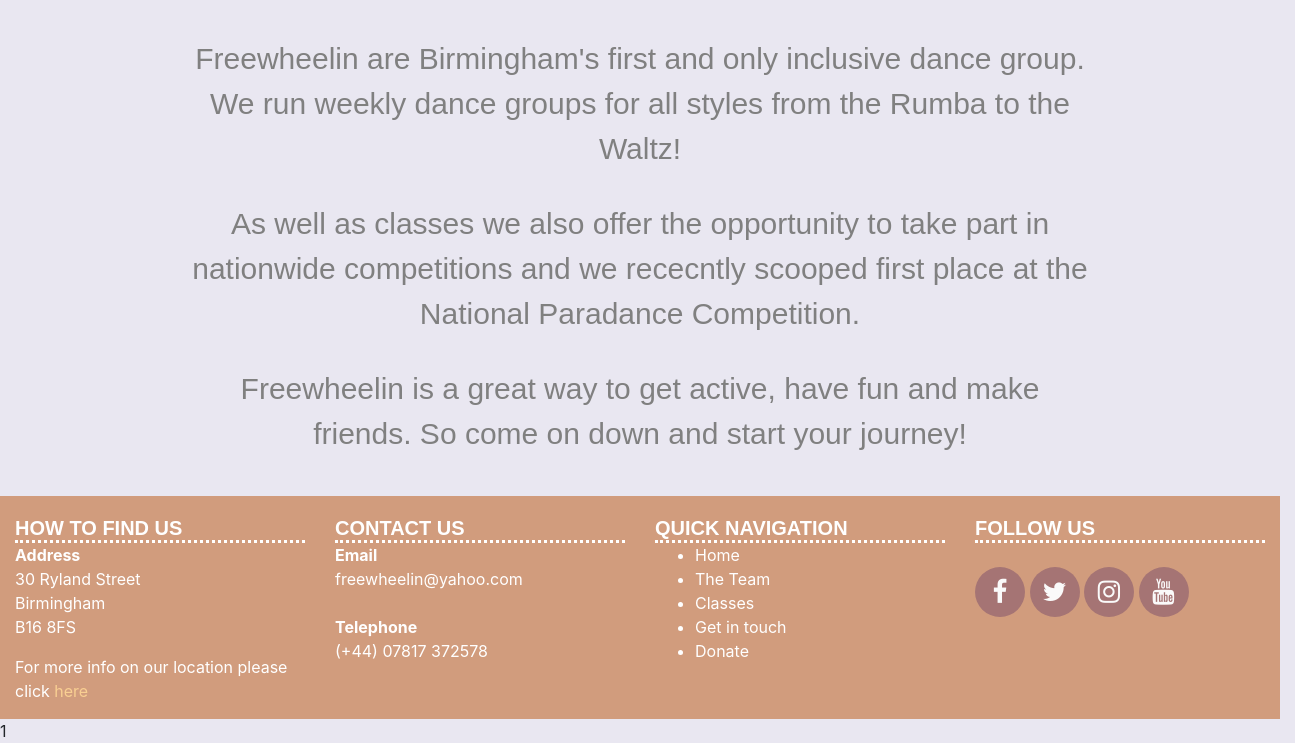
Repository: Code-Institute-Submissions/francisillingworth-resubmitted-milestone-project-1
Page: index.html
The author's editor kept a record of every edit. The page is drawn from the files as they stood at one moment, then again after the next edit.
The browser window is 1280 px wide. The page is 1295 px wide, so the pictures cover 1295 px, including what lies to the right of the window. The pictures show the part of the page from y = 811 to 1554 px (the page is 1554 px tall).

Above is the page before.

### index.html
<!DOCTYPE html>
<html lang="en">

<head>
    <meta charset="UTF-8">
    <meta name="viewport" content="width=device-width, initial-scale=1.0">
    <meta http-equiv="X-UA-Compatible" content="ie=edge">
    <link rel="stylesheet" href="https://stackpath.bootstrapcdn.com/bootstrap/4.3.1/css/bootstrap.min.css" type="text/css" />
    <link rel="stylesheet" href="https://stackpath.bootstrapcdn.com/font-awesome/4.7.0/css/font-awesome.min.css" type="text/css" />
    <link rel="stylesheet" href="https://cdnjs.cloudflare.com/ajax/libs/hover.css/2.3.1/css/hover-min.css" type="text/css" />
    <link rel="stylesheet" href="static/css/style.css" type="text/css" />
    <link rel="icon" type="image/png" href="assets/images/logo.png">
    <title>Freewheelin | Inclusive Dance</title>
</head>

<body>

    <header>
        <div class="container-fluid navalert-container">
            <div class="container-fluid alert-container">
                <div class="row d-none d-lg-block">
                    <div class="site-wide-alert alert alert-warning col-12 "><strong> Want to get involved?</strong> Click <a href="classes.html">here</a> for more info on classes! Want to donate? <button class="btn btn-success btn-sm " data-toggle="modal" data-target="#donateModal">Click Here!</button></div>
                </div>
            </div>
            <nav class="navbar navbar-dark navbar-expand-xl">
                <a href="/" class="navbar-brand"></a>
                <button class="navbar-toggler ml-auto" type="button" data-toggle="collapse" data-target="#navbarNavDropdown" aria-controls="navbarNavDropdown" aria-expanded="false" aria-label="Toggle navigation">
        <span class="navbar-toggler-icon"></span></button>


                <div class="collapse navbar-collapse  ml-auto" id="navbarNavDropdown">
                    <ul class="navbar-nav mr-auto">
                        <li class=" nav-item mr-2"><a class="nav-link" href="index.html">Home</a></li>
                        <li class="nav-item mr-2"><a class="nav-link" href="team.html">The Team</a></li>
                        <li class="nav-item dropdown">
                            <li class="nav-item mr-2"><a class="nav-link" href="classes.html">Classes</a></li>
                            <a class="nav-link dropdown-toggle " href="#" id="navbarDropdownMenuLink" role="button" data-toggle="dropdown" aria-haspopup="true" aria-expanded="false">Get in touch</a>
                            <div class="dropdown-menu" aria-labelledby="navbarDropdownMenuLink">
                                <a class="dropdown-item" href="get-in-touch.html">Contact us</a>
                                <a class="dropdown-item" href="#" data-toggle="modal" data-target="#donateModal">Donate</a>
                            </div>
                        </li>

                    </ul>
                </div>

            </nav>
        </div>

        <img class="logo" src="assets/images/logo.png" alt="Logo">
        <h1>Freewheelin</h1>
        <h2>Inclusive dance</h2>
        <div class="row no-gutters">
            <div class="col-md-8 offset-2">
                <div class="d-none d-lg-block">
                    <div class="row no-gutters">
                        <div class="col">
                            <ul id="nav" class="list-inline menucontainer">
                                <li class="col-sm-3 ui-menu-color list-inline-item menuitem">
                                    <a href="index.html" class="hvr-icon-grow"><i class="fa fa-home hvr-icon" aria-hidden="true"></i><span>&nbsp;  Home</span></a>
                                </li>
                                <li class="col-sm-3 ui-menu-color list-inline-item menuitem">
                                    <a href="team.html" class="hvr-icon-grow"><i class="fa fa-users hvr-icon" aria-hidden="true"></i><span>&nbsp;  The Team</span></a>
                                </li>
                                <li class="col-sm-3 ui-menu-color list-inline-item menuitem">
                                    <a href="classes.html" class="hvr-icon-grow"><i class="fa fa-calendar hvr-icon" aria-hidden="true"></i><span>&nbsp;  Classes</span></a>
                                </li>
                                <li class="col-sm-3 ui-menu-color list-inline-item menuitem">
                                    <a href="get-in-touch.html" class="hvr-icon-grow"><i class="fa fa-comments hvr-icon" aria-hidden="true"></i><span>&nbsp;  Get in touch</span></a>
                                </li>
                            </ul>

                        </div>
                    </div>
                </div>
            </div>
        </div>
    </header>

    <section>

        <iframe class="introVideo" width="516" height="296" src="https://www.youtube.com/embed/5jInVw9U_JM" frameborder="0" allow="accelerometer; autoplay; encrypted-media; gyroscope; picture-in-picture" allowfullscreen></iframe>
        <p class="homePagePara">Freewheelin are Birmingham's first and only inclusive dance group. We run weekly dance groups for all styles from the Rumba to the Waltz!</p>
        <p class="homePagePara">As well as classes we also offer the opportunity to take part in nationwide competitions and we rececntly scooped first place at the National Paradance Competition.</p>
        <p class="homePagePara">Freewheelin is a great way to get active, have fun and make friends. So come on down and start your journey!</p>
        </p>
    </section>

    <footer class="container-fluid">
        <div class="row">
            <div class="col-sm-6 col-md-4 col-lg-3">
                <h5 class="uppercase general-sub"><strong>How to find us</strong></h5>
                <p class="footer-text"><strong>Address</strong><br>30 Ryland Street<br>Birmingham<br>B16 8FS</p>
                <p class="footer-text footer-text-map-link">For more info on our location please click <a class="classes-page" href="classes.html">here</a></p>
                <div class="container-map">
                    <iframe src="https://www.google.com/maps/embed?pb=!1m18!1m12!1m3!1d4860.370228884722!2d-1.922623812816778!3d52.47578393677804!2m3!1f0!2f0!3f0!3m2!1i1024!2i768!4f13.1!3m3!1m2!1s0x4870bcf7880bee33%3A0xc67f882871949e74!2s30+Ryland+St%2C+Birmingham+B16+8FS!5e0!3m2!1sen!2suk!4v1556909026058!5m2!1sen!2suk"
                        width="300" height="300" frameborder="0" style="border:0" allowfullscreen></iframe>
                </div>
            </div>
            <div class="col-sm-6 col-md-4 col-lg-3">
                <h5 class="uppercase general-sub"><strong>Contact Us</strong></h5>
                <p class="footer-text"><strong> Email</strong><br>freewheelin@yahoo.com<br><br><strong>Telephone</strong><br>(+44) 07817 372578</p>
            </div>
            <div class="col-sm-6 col-md-4 col-lg-3">
                <h5 class="uppercase general-sub"><strong>Quick Navigation</strong></h5>
                <ul>
                    <li class="footer-nav"><a href="index.html">Home</a></li>
                    <li class="footer-nav"><a href="team.html">The Team</a></li>
                    <li class="footer-nav"><a href="classes.html">Classes</a></li>
                    <li class="footer-nav"><a href="get-in-touch.html">Get in touch</a></li>
                    <li class="footer-nav"><a href="#" data-toggle="modal" data-target="#donateModal">Donate</a></li>
                </ul>
            </div>
            <div class="col-sm-6 col-md-4 col-lg-3">
                <h5 class="uppercase general-sub"><strong>Follow us</strong></h5>
                <br>
                <ul class="list-inline social-links">
                    <li class="list-inline-item">
                        <a target="_blank" href="https://www.facebook.com/freewheelindance/?view_public_for=1515757465107461">
                            <i class="fa fa-facebook hvr-icon" aria-hidden="true"></i>
                            <span class="sr-only">Facebook</span>
                        </a>
                    </li>
                    <li class="list-inline-item">
                        <a target="_blank" href="https://twitter.com/wheelin_free">
                            <i class="fa fa-twitter hvr-icon" aria-hidden="true"></i>
                            <span class="sr-only">Twitter</span>
                        </a>
                    </li>
                    <li class="list-inline-item">
                        <a target="_blank" href="https://www.instagram.com/freewheelin_dance/">
                            <i class="fa fa-instagram hvr-icon" aria-hidden="true"></i>
                            <span class="sr-only">Instagram</span>
                        </a>
                    </li>
                    <li class="list-inline-item">
                        <a target="_blank" href="https://www.youtube.com/channel/UCn35KSVQHnnvmcoqwCyMNBQ">
                            <i class="fa fa-youtube hvr-icon" aria-hidden="true"></i>
                            <span class="sr-only">Youtube</span>
                        </a>
                    </li>
                </ul>
            </div>

        </div>

    </footer>

    <div class="modal" tabindex="-1" role="dialog" id="donateModal">
        <div class="modal-dialog" role="document">
            <div class="modal-content">
                <div class="modal-header">
                    <h5 class="modal-title">Donate to Freewheelin!</h5>
                    <button type="button" class="close" data-dismiss="modal" aria-label="Close">
          <span aria-hidden="true">&times;</span>
        </button>
                </div>
                <div class="modal-body">
                    <form>
                        <div class="form-group">
                            <label for="InputName">Full name (required)</label>
                            <input type="text" class="form-control" id="exampleInputEmail1" aria-describedby="emailHelp" placeholder="Enter full name" required>
                        </div>
                        <div class="form-group">
                            <label for="InputEmail">Email address (required)</label>
                            <input type="email" class="form-control" id="exampleInputEmail1" aria-describedby="emailHelp" placeholder="Enter email" required>
                            <small id="emailHelp" class="form-text text-muted">We'll never share your email with anyone else.</small>
                        </div>
                        <div class="form-group">
                            <label for="InputTelephoneNumber">Telephone number (optional)</label>
                            <input type="text" class="form-control" id="exampleInputPassword1" placeholder="Enter Telephone Number">
                            <small id="phoneHelp" class="form-text text-muted">We'll never share your phone number with anyone else.</small>
                        </div>
                        <p>By clicking submit you will send us your contact details. A member of the team will get in touch shortly to dicuss your donation. Thank you for your generosity!</p>
                        <button type="submit" class="btn btn-primary">Submit</button>
                    </form>
                </div>
            </div>
        </div>
    </div>



    <script src="https://code.jquery.com/jquery-3.3.1.slim.min.js" integrity="sha384-q8i/X+965DzO0rT7abK41JStQIAqVgRVzpbzo5smXKp4YfRvH+8abtTE1Pi6jizo" crossorigin="anonymous"></script>
    <script src="https://cdnjs.cloudflare.com/ajax/libs/popper.js/1.14.7/umd/popper.min.js" integrity="sha384-UO2eT0CpHqdSJQ6hJty5KVphtPhzWj9WO1clHTMGa3JDZwrnQq4sF86dIHNDz0W1" crossorigin="anonymous"></script>
    <script src="https://stackpath.bootstrapcdn.com/bootstrap/4.3.1/js/bootstrap.min.js" integrity="sha384-JjSmVgyd0p3pXB1rRibZUAYoIIy6OrQ6VrjIEaFf/nJGzIxFDsf4x0xIM+B07jRM" crossorigin="anonymous"></script>


</body>

</html>
1

### static/css/style.css
/*------------------colours*/

body {
    background-color: #e9e7f1;
}



/*------------------heading*/

h1 {
    width: 100%;
    font-family: century gothic, sans-serif;
    font-weight: 100;
    font-size: 56px;
    text-align: center;
    letter-spacing: 3px;
}

h4 {
    font-family: century gothic, sans-serif;
    font-weight: 100;
    font-size: 20px;
    text-align: center;
    letter-spacing: 5px;
    color: #808080;
}

.logo {
    border-radius: 50%;
    display: inherit;
    margin-left: auto;
    margin-right: auto;
}

.list-inline-item:not(:last-child) {
    margin: 0;
}

.menucontainer {
    font-size: 0;

}

#nav li {
    font-size: 20px;
    text-align: center;
    padding: 7px 10px 10px 10px;
    background-color: #d9c8ca;
    color: black;
    border-radius: 25px;
    margin-top: 10px;

}

#nav li:hover {
    background-color: #bfa4a4
}

.menuitem {
    height: 100%;
}

.menuitem a {
    width: 100%;
    text-decoration: none;
    color: #fff;
    height: 100%;
    display: block;
}

.menuitem span {
    width: 100%
}

/* ------------------------------------Alert bar*/

.alert {
    padding: 3px 20px;
    text-align: right;
    background-color: #e9e7f1;
    border-color: #e9e7f1;

}

btn-group-sm>.btn,
.btn-sm {
    padding: .25rem .5rem;
    font-size: .875rem;
    line-height: 1.5;
    border-radius: .2rem;
    margin-left: 10px;
}

.alert-container {
    padding: 0;
}


/*-----------------------------------burger nav*/

.nav-link {
    text-align: right;
    font-weight: 800;
}


.navbar-dark .navbar-nav .nav-link {
    color: #747779;
}


.navbar-toggler-icon {
    display: inline-block;
    width: 2.5em;
    height: 2.5em;
    vertical-align: middle;
    content: "";
    background: no-repeat center center;
    background-size: 100% 100%;


}

.navbar-dark .navbar-toggler-icon {
    background-image: url(http://assets.stickpng.com/thumbs/588a64e7d06f6719692a2d11.png);
}

.dropdown-item {
    text-align: right;
    color: #747779;
    font-weight: 700;
}

.dropdown-menu {
    background-color: transparent;
    border: none;
}

.navalert-container {
    padding: 0;
}



.dropdown-item:focus,
.dropdown-item:hover {
    color: white;
    text-decoration: none;
    background-color: #e9e7f1;
}

@media(min-width:992px) {
    .navbar-expand-xl {
        display: none;
    }
}




/*---------------------------------------footer*/

h5 {
    margin: 0;
    border-bottom-style: dotted;
    border-bottom-color: white;
}

.uppercase {
    text-transform: uppercase
}

.general-sub {
    font-family: "nanum-Gothic", sans-serif;
    color: white;
}

footer {
    margin-top: 40px;
    background-color: #d19c7d;
    min-height: 100px;
    padding-top: 20px;

}

.footer-text {
    color: white;
}

/* credit to tkjaergaard  https://gist.github.com/tkjaergaard/1853190  for inspiration on making the map circular and for ideas for code make it happen */

.container-map {

    text-align: center;
    overflow: hidden;
    border-radius: 50%;
    position: relative;
    z-index: 1;
    height: 290px;
    width: 290px;
    border: 10px solid #f9cf92;
    margin-bottom: 20px;
}

.container-map iframe {
    position: absolute;
    border-radius: 50%;
    top: 0;
    left: -10px;

}

.social-links li a i {
    width: 50px;
    height: 50px;
    padding: 12px 0;
    border-radius: 50%;
    font-size: 26px;
    text-align: center;
    color: #fafafa;
    background-color: #a57474;
    transition: all 0.35s ease-in-out;
    -moz-transition: all 0.35s ease-in-out;
    -webkit-transition: all 0.35s ease-in-out;
    -o-transition: all 0.35s ease-in-out;

}

.social-links li a i:hover {
    background-color: #f9cf92;
    transform: scale(1.15);

}

.footer-nav {
    text-decoration: none;
    color: white;

}

.footer-nav a {
    text-decoration: none;
    color: white;

}

.footer-nav:hover {

    color: #8f8f8f;
}

.footer-nav a:hover {
    color: #8f8f8f;
}


.introVideo {
    width: 100%;
    margin-top: 40px;
}

.classes-page {
    color: #f9cf92;

}

.classes-page:hover {
    color: #a57474;
    text-decoration: none;
}



/*-------------------------index.html*/

.homePagePara {
    text-align: center;
    font-family: century gothic, sans-serif;
    font-size: 20px;
    font-weight: 300;
    color: #808080;
    width: 98%;
    margin-left: 1%;
    margin-top: 30px;
}

/*-------------------------------get in touch*/

.contact-form {
    margin-left: 1%;
    margin-right: 1%;
    font-size: 20px;
    width: 98%;
}

/*-------------------------------team*/

.teamPic {
    border-radius: 50%;
    border: 10px solid #d9c8ca;
    text-align: center;

}

.bioName {
    font-family: century gothic, sans-serif;
    font-size: 30px;
    font-weight: 300;
    color: #808080;


}

.bioPara {

    font-family: century gothic, sans-serif;
    font-size: 14px;
    font-weight: 600;
    color: #808080;
}




.katie {
    border: 10px solid #f9cf92;
}

.bioPic {
    padding-top: 20px;
    text-align: center;
}

.bioPic:hover {
    transform: scale(1.1);
}



/*-----------------------------------------classes*/

.classesText {
    font-family: century gothic, sans-serif;
    font-weight: 300;
    font-size: 30px;
    text-align: center;
    margin-top: 10px;
    color: #808080;
}


.map-responsive {
    overflow: hidden;
    padding-bottom: 56.25%;
    position: relative;
    height: 0;
    border-radius: 10px;
}

.map-responsive iframe {
    left: 0;
    top: 0;
    height: 100%;
    width: 100%;
    position: absolute;
}

.contact-us-modal {
    color: #d19c7d;
}

.contact-us-modal:hover {
    color: #a57474;
    text-decoration: none;
}





/*-------------------------------@media*/

@media (min-width:576px) {

    .homePagePara {
        margin-left: 5%;
        margin-right: 5%;
        font-size: 30px;
        font-weight: 100;
        width: 90%;
    }
    .introVideo {
        width: 90%;
        margin-left: 5%
    }

    .container-map {
        display: none
    }

}


@media (max-width:576px) {

    .footer-text-map-link {
        display: none
    }

}


@media (min-width:768px) {

    .homePagePara {
        margin-left: 15%;
        margin-right: 15%;
        font-size: 30px;
        width: 70%;


    }

    .introVideo {
        width: 60%;
        margin-left: 20%
    }

    .contact-form {
        margin-left: 15%;
        margin-right: 15%;
        font-size: 20px;
        width: 70%;

    }


}



@media (min-width:992px) {
    .meet-the-team {
        text-align: left;
    }
}

@media (max-width:992px) {
    .free-wheelin-title {
        display: none;
    }
}

After the next edit:
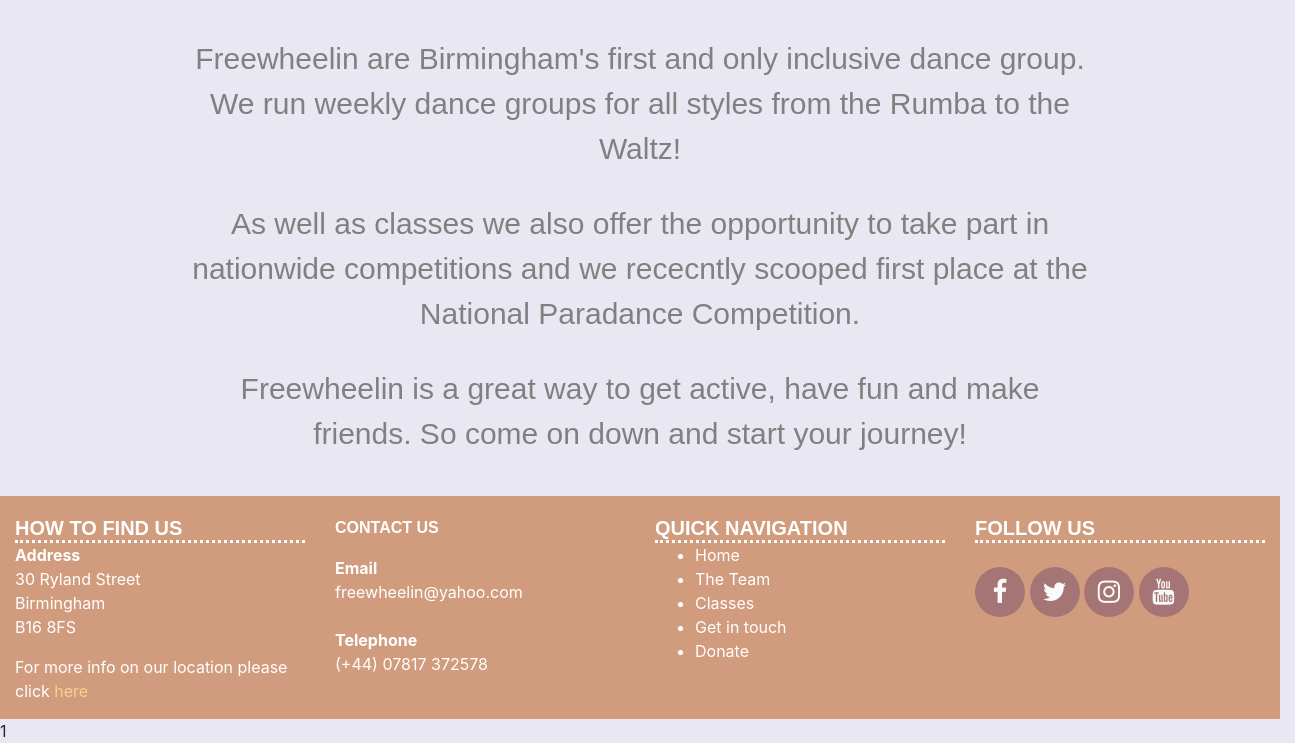
The edit:
--- a/index.html
+++ b/index.html
@@ -98,7 +98,7 @@
                 </div>
             </div>
             <div class="col-sm-6 col-md-4 col-lg-3">
-                <h5 class="uppercase general-sub"><strong>Contact Us</strong></h5>
+                <p class="uppercase general-sub footerHeader"><strong>Contact Us</strong></p>
                 <p class="footer-text"><strong> Email</strong><br>freewheelin@yahoo.com<br><br><strong>Telephone</strong><br>(+44) 07817 372578</p>
             </div>
             <div class="col-sm-6 col-md-4 col-lg-3">
